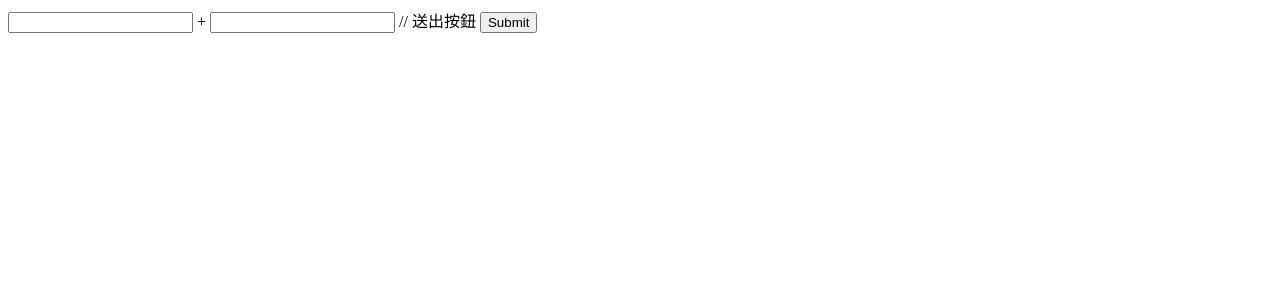
Repository: jessie9527/Java_Brad
Page: BradWeb/src/main/webapp/bard07.html
An editor plug-in stored every save of this project. The page is shown before and after the next save, followed by the edit.
The browser window is 1280 px wide. The pictures show the whole page.

Above is the page before, as saved 2023-05-09 02:12:35.

### BradWeb/src/main/webapp/bard07.html
<!DOCTYPE html>
<html>
	<head>
		<meta charset="UTF-8">
		<title>Brad Big Company</title>
	</head>
	<body>
		<form action="">
			<input>
			+
			<input>
			// 送出按鈕
			<input type="submit">
		</form>
	</body>
</html>

After the next save:
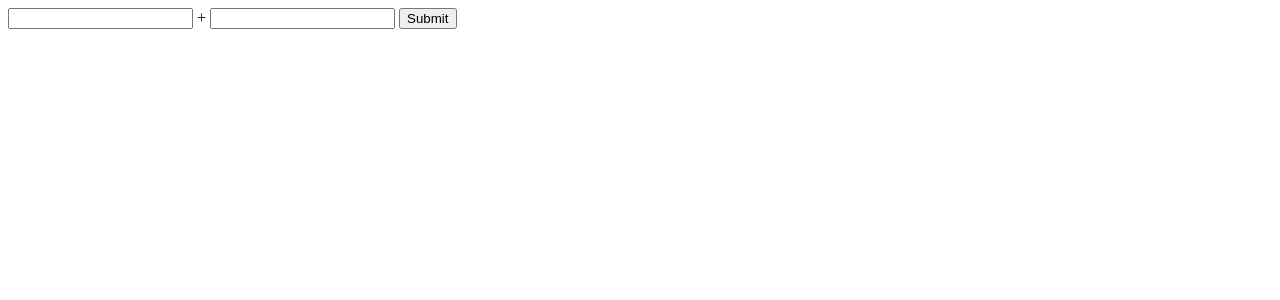
Saved 9 s later.
--- a/BradWeb/src/main/webapp/bard07.html
+++ b/BradWeb/src/main/webapp/bard07.html
@@ -9,7 +9,6 @@
 			<input>
 			+
 			<input>
-			// 送出按鈕
 			<input type="submit">
 		</form>
 	</body>
